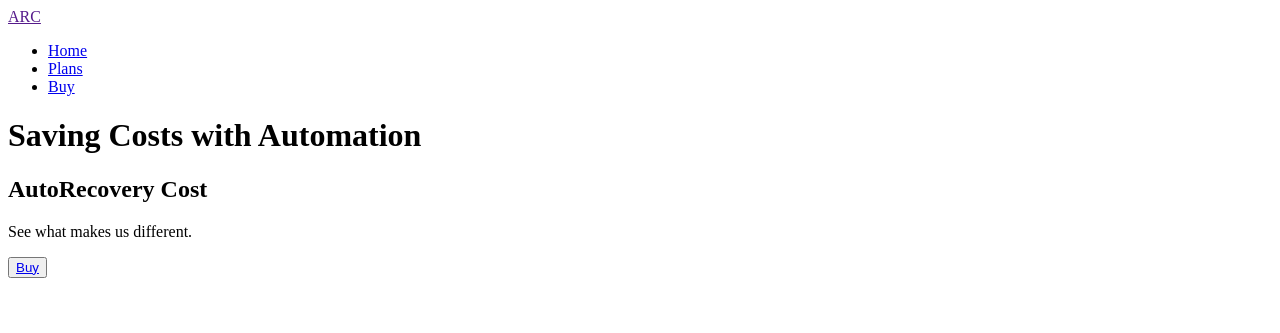
Repository: batmikun/Courses
Page: Front-End/SPA NATIVE JS/src/index.html
The author's editor kept a copy of each file at every save. The page is drawn from the files as they stood at one save, then again after the next save.
The browser window is 1280 px wide. The pictures show the whole page.

Above is the page before, as saved 2021-11-21 16:50:35.

After the next save:
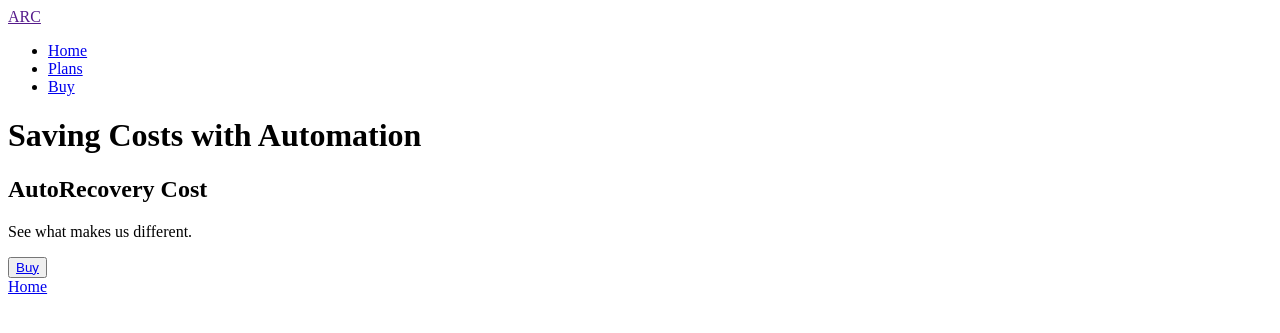
Saved 13 s later.
--- a/Front-End/SPA NATIVE JS/src/index.html
+++ b/Front-End/SPA NATIVE JS/src/index.html
@@ -49,7 +49,7 @@
         <footer class="footer">
             <div class="footer__container">
                 <div class="footer__column1">
-
+                    <a id="" href="#" class="navbar__link">Home</a>
                 </div>
                 <div class="footer__column2">
 
